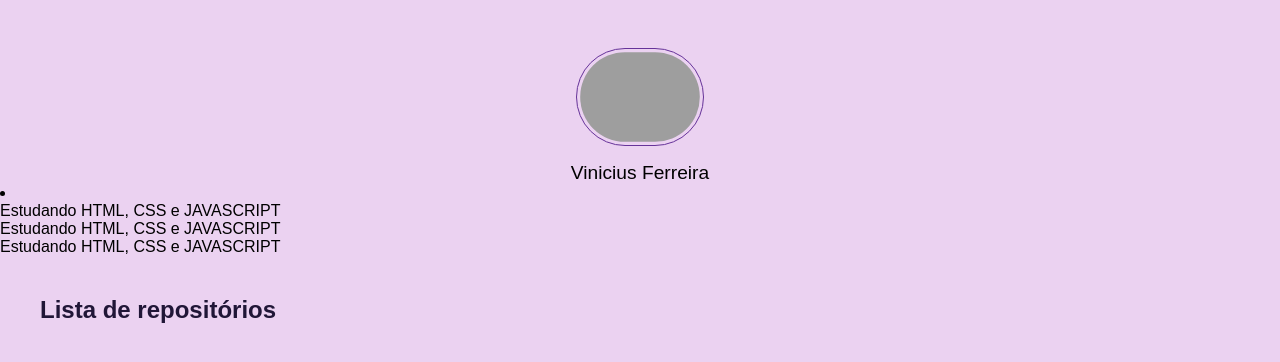
Repository: viniciusfg05/AnnotationReacts
Page: /
These files come from the project's save history. The page is drawn as it stood at one moment and after the next save; the edit follows.
The browser window is 1280 px wide. The pictures show the whole page.
Pictures or frames that could not be fetched are drawn as grey boxes. The page's requests for data from a server got no answer. The project was rebuilt for these pictures with package versions that can differ from the ones it lists, and the page was loaded fresh each time. No one was signed in, and anything a server would have sent is missing. Also part of the build but not shown: webpack.config.js, src/components/RepositoryItens.tsx.

Above is the page before, as saved 2022-02-18 14:45:39.

### public/index.html
<!DOCTYPE html>
<html lang="en">
  <head>
    <meta charset="UTF-8" />
    <meta name="viewport" content="width=device-width, initial-scale=1.0" />
    <title>ReactFundamentos</title>
  </head>
  <body>
    <div id="root"></div>

    <script src="../dist/bundle.js"></script>
  </body>
</html>

### src/index.tsx
import {render} from 'react-dom'
import { App } from './App'

render(<App />, document.getElementById('root'))

### src/App.tsx
import './styles/global.scss'
import './styles/profile.scss'

import { RepositoryList } from './components/RepositoryList'
import { Profile } from './components/Profile'
import { Counter } from './components/Counter'

export function App() {
  return (
    <>
      <Profile />
      <RepositoryList />
      {/* <Counter /> */}
    </>
  )
}

//Quando uma return mais de um componet, precisamos add um element pai, colocariamos uma div, mas futuramente isso pode atrapalhar no css e outro
//Usamos uma tag sem nada que se chama fraguimentos <> </> e não produz nada visual no html

//Por padrão p react não fica monitorando se algum estado está sendo alterado e rederizar novamente em tela
//Estado: variaveis que ele vai monitorarar
//Para isso vamos importar um elemento do react chamado useState "import { useState } from 'react'"

### src/styles/global.scss
* {
  margin: 0;
  padding: 0;
  box-sizing: border-box;
}

body {
  font: 16px 'Helvetica Neve', Arial, sans-serif;
}

### src/styles/profile.scss
.Content {
  // background-color: red;
  width: 100%;

  .perfil {
    img {
      border-radius: 5rem;
      width: 8rem;
      padding: 0.2rem;
      border: 1px solid rebeccapurple;

      display: flex;
      margin-left: auto;
      margin-right: auto;
      margin-bottom: 1rem;
      margin-top: 3rem;
    }

    p {
      text-align: center;
      font-size: 1.2rem;
    }
  }

  .bio {
    // list-style: none;
    text-align: center;
    margin-top: 1.5rem;
  }
}

//

### src/components/RepositoryList.tsx
import { useState, useEffect } from 'react'
import { RepositoryItens } from './RepositoryItens'
import '../styles/repositories.scss'

interface Repository {
  name: string;
  description: string;
  html_url: string;
}

export function RepositoryList() {
  const [repositories, setRepositories] = useState<Repository[]>([]);

  useEffect(() => {
    fetch('https://api.github.com/users/viniciusfg05/repos')
    .then(response => response.json()) //quando a api retorna uma resposta, converter para .json
    .then(data => setRepositories(data)) //quando terminar de ser convertida eu vou ter os dados do meu repositório
  }, [])

  return (
    <section className="repository-list">
      <h1>Lista de repositórios</h1>

      <ul>
        {repositories.map(repository => {
          return <RepositoryItens key={repository.name} repository={repository} />
        })}
      </ul>
    </section>
  )
}

      //para cada repository ele retorna um item

### src/components/Profile.tsx

interface RepositoryItensProps { //repito o nome do componente com props
  repository: {
    name: string;
    description: string;
    html_url: string;
  }
}

export function Profile() {
  return (
    <div>
      <div className="Content">
        <div className="perfil">
          <img src="https://avatars.githubusercontent.com/u/68232658?v=4" alt="Foto de perfil" />

          <p>Vinicius Ferreira</p>
        </div>


        <li>
          <ul>Estudando HTML, CSS e JAVASCRIPT</ul>
          <ul>Estudando HTML, CSS e JAVASCRIPT</ul>
          <ul>Estudando HTML, CSS e JAVASCRIPT</ul>
        </li>
      </div>
    </div>

  )
}

### src/styles/repositories.scss
body {
  background-color: rgb(235, 210, 241);
}

section.repository-list {
  margin: 40px;

  h1 {
    color: #201637;
    margin-bottom: 16px;
  }

  ul {
    list-style: none;

    li {
      strong {
        color: #201637;
        font-size: 20px;
      }

      & + li {
        //aplica apenas para quem tem um irmao a baixo copm a tag "li"
        margin-top: 20px;
      }

      p {
        font-size: 14px;
        color: #444;
        margin-top: 8px;
      }

      a {
        display: inline-block;
        margin-top: 5px;
        margin-bottom: 16px;
        text-decoration: none;
        color: #8257e6;
      }

      .divide {
        border-bottom: 1px solid #20163719;
      }
    }
  }
}

After the next save:
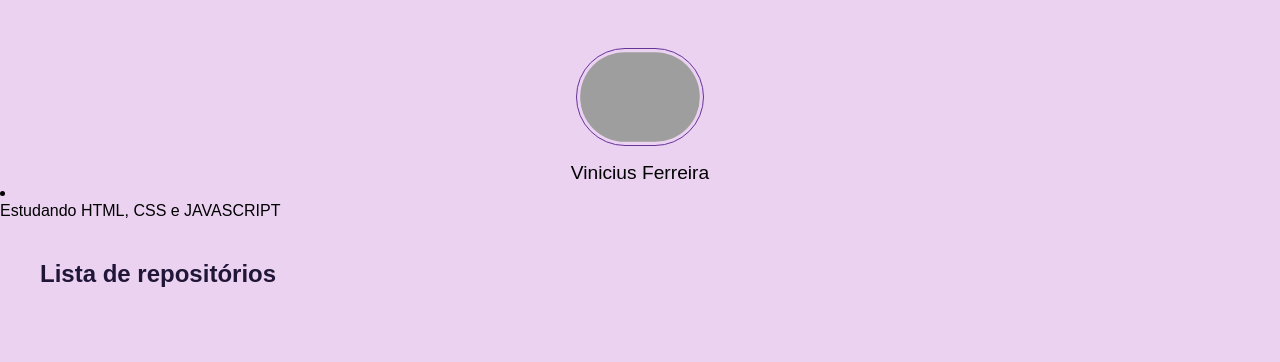
Saved 5 s later.
--- a/src/components/Profile.tsx
+++ b/src/components/Profile.tsx
@@ -20,8 +20,7 @@ export function Profile() {
 
         <li>
           <ul>Estudando HTML, CSS e JAVASCRIPT</ul>
-          <ul>Estudando HTML, CSS e JAVASCRIPT</ul>
-          <ul>Estudando HTML, CSS e JAVASCRIPT</ul>
+
         </li>
       </div>
     </div>
